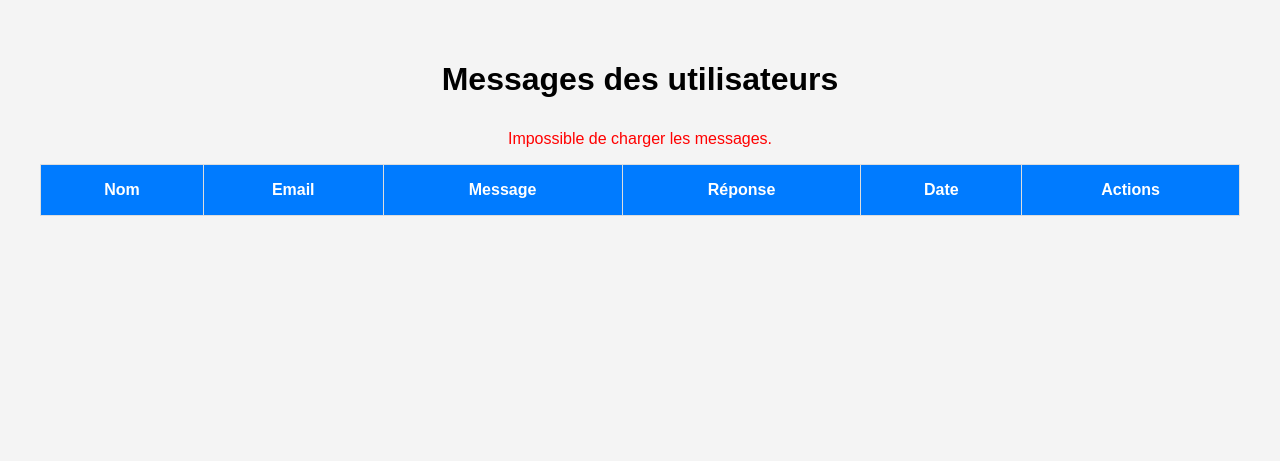
Repository: prestige225/prestige_digit_store_backend
Page: admin3.html
These files come from the project's save history. The page is drawn as it stood at one moment and after the next save; the edit follows.
The browser window is 1280 px wide. The pictures show the whole page.
The page's requests for data from a server got no answer.

Above is the page before, as saved 2025-06-13 13:54:31.

After the next save:
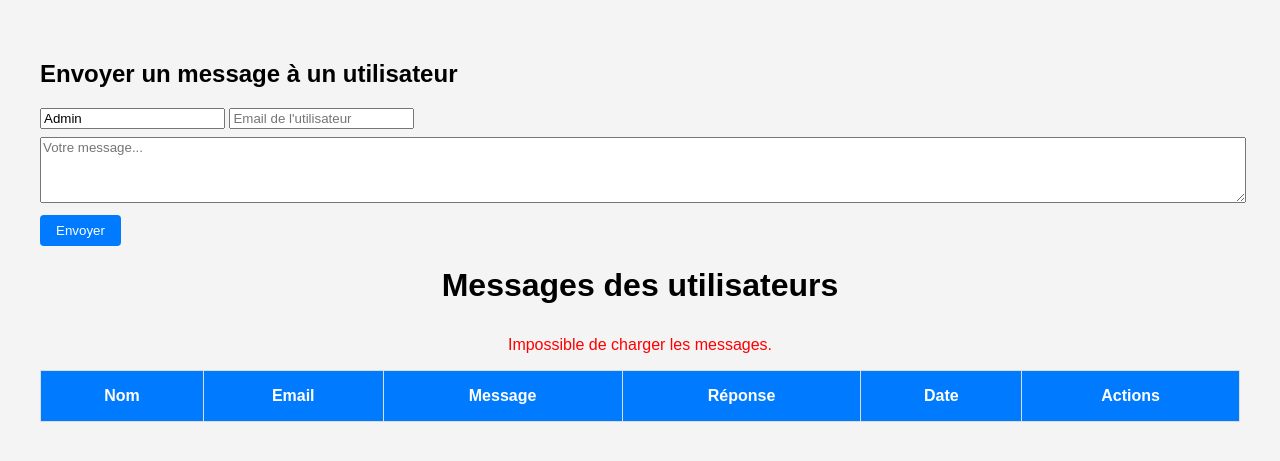
Saved 17 days later.
--- a/admin3.html
+++ b/admin3.html
@@ -79,6 +79,15 @@
   </style>
 </head>
 <body>
+
+  <h2>Envoyer un message à un utilisateur</h2>
+<form id="adminMessageForm">
+  <input type="text" id="adminName" placeholder="Nom de l'expéditeur" value="Admin" required>
+  <input type="email" id="adminEmail" placeholder="Email de l'utilisateur" required>
+  <textarea id="adminMessage" placeholder="Votre message..." required></textarea>
+  <button type="submit">Envoyer</button>
+</form>
+
 
   <h1>Messages des utilisateurs</h1>
   <p id="feedback" class="error"></p>
